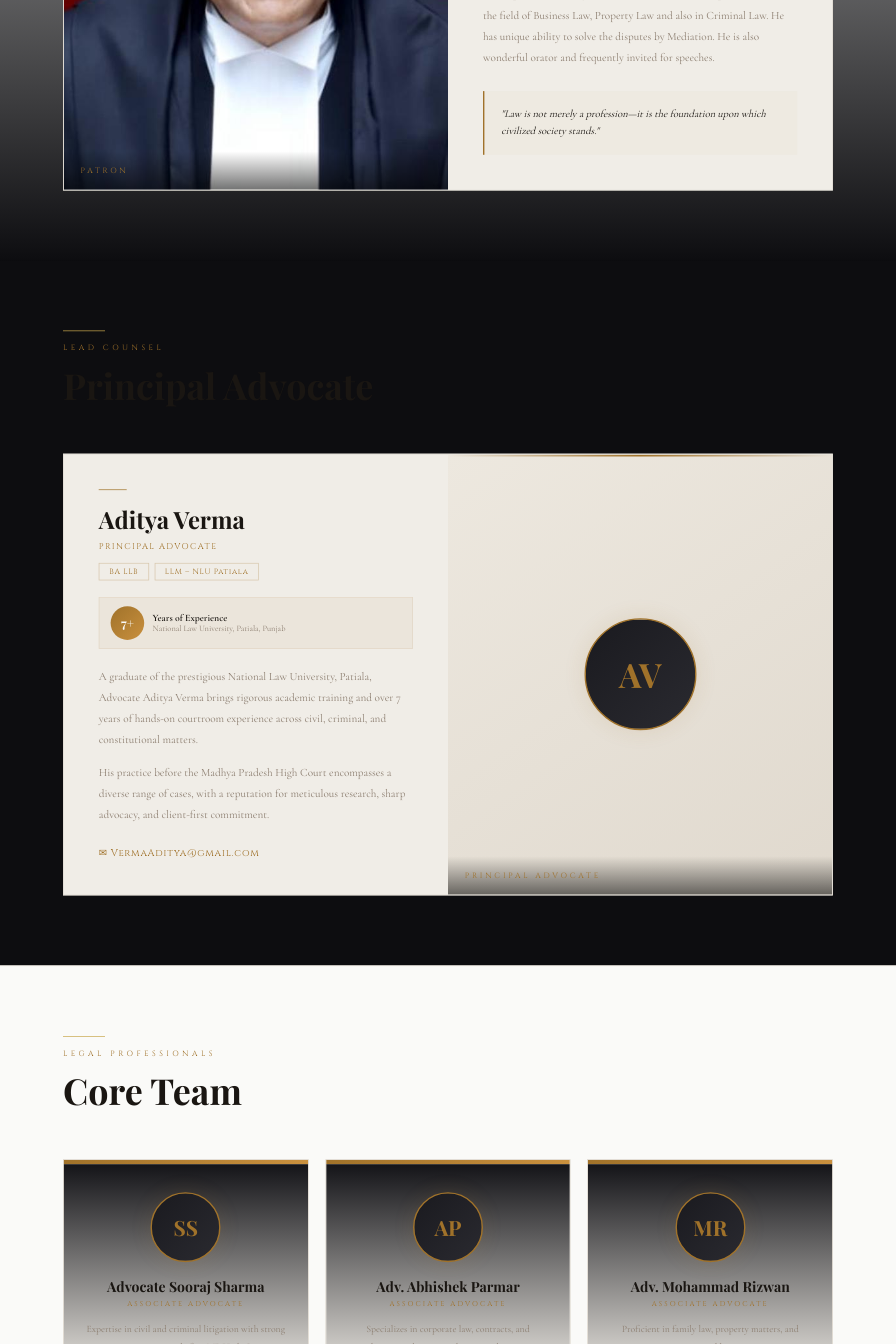
Repository: leesha19/aditya-verma-and-associates
Page: /
An editor plug-in stored every save of this project. The page is shown before and after the next save, followed by the edit.
The browser window is 1280 px wide. The pictures show the part of the page from y = 1483 to 3403 px (the page is 5786 px tall), at 70% of full size.
The project was rebuilt for these pictures with package versions that can differ from the ones it lists, and the page was loaded fresh each time.

Above is the page before, as saved 2026-04-20 00:09:42.

### public/index.html
<!DOCTYPE html>
<html lang="en">
  <head>
    <meta charset="utf-8" />
    <meta name="viewport" content="width=device-width, initial-scale=1" />
    <meta name="theme-color" content="#0A0A0B" />
    <meta name="description" content="Verma Law Associates - Dedicated legal counsel in Indore, Madhya Pradesh" />
    <title>Verma Law Associates</title>
  </head>
  <body>
    <noscript>You need to enable JavaScript to run this app.</noscript>
    <div id="root"></div>
  </body>
</html>

### src/App.js
import './styles/global.css';
import Navbar from './components/layout/Navbar';
import Footer from './components/layout/Footer';
import HomePage from './pages/HomePage';

export default function App() {
  return (
    <div>
      <Navbar />
      <HomePage />
      <Footer />
    </div>
  );
}

### src/styles/global.css
@import url('https://fonts.googleapis.com/css2?family=Playfair+Display:wght@400;600;700;900&family=Cormorant+Garamond:wght@300;400;500;600&family=Cinzel:wght@400;600;700&display=swap');

*, *::before, *::after { box-sizing: border-box; margin: 0; padding: 0; }

html { scroll-behavior: smooth; }

body {
  background: #0A0A0B;
  color: #D4CFC6;
  font-family: 'Cormorant Garamond', serif;
  overflow-x: hidden;
}

::-webkit-scrollbar { width: 4px; }
::-webkit-scrollbar-track { background: #0A0A0B; }
::-webkit-scrollbar-thumb { background: #C9A84C; border-radius: 2px; }

input, textarea, select {
  outline: none;
  font-family: 'Cormorant Garamond', serif;
  transition: border-color 0.3s;
}
input:focus, textarea:focus, select:focus { border-color: #C9A84C !important; }

.nav-link { position: relative; }
.nav-link::after {
  content: '';
  position: absolute;
  bottom: -4px; left: 0;
  width: 0; height: 1px;
  background: #C9A84C;
  transition: width 0.3s;
}
.nav-link:hover::after { width: 100%; }

.gold-line::before {
  content: '';
  display: block;
  width: 60px; height: 1px;
  background: #C9A84C;
  margin-bottom: 16px;
}

@keyframes fadeInDown {
  from { opacity: 0; transform: translateY(-20px); }
  to   { opacity: 1; transform: translateY(0); }
}

@media (max-width: 768px) {
  .desktop-nav { display: none !important; }
  #hamburger   { display: flex !important; }
}

### src/components/layout/Footer.js
import { COLORS, FONTS } from "../../constants/theme";
import { NAV_LINKS } from "../../constants/data";
import { scrollToSection } from "../../utils/helpers";
import ScaleIcon from "../ui/ScaleIcon";

export default function Footer() {
  return (
    <footer style={{ padding: "40px clamp(16px, 5vw, 80px)", borderTop: `1px solid ${COLORS.darkBorder}`, background: "#060607" }}>
      <div style={{ maxWidth: 1100, margin: "0 auto", display: "flex", flexWrap: "wrap", gap: 20, alignItems: "center", justifyContent: "space-between" }}>
        <div style={{ display: "flex", alignItems: "center", gap: 12, cursor: "pointer" }} onClick={() => scrollToSection("hero")}>
          <ScaleIcon size={24} />
          <div>
            <div style={{ fontFamily: FONTS.heading, fontSize: 13, color: COLORS.gold, letterSpacing: 3 }}>VERMA LAW ASSOCIATES</div>
            <div style={{ fontFamily: FONTS.heading, fontSize: 9, color: COLORS.textMuted, letterSpacing: 2 }}>INDORE, MADHYA PRADESH</div>
          </div>
        </div>
        <div style={{ color: COLORS.textMuted, fontSize: 12, fontFamily: FONTS.heading, letterSpacing: 1, textAlign: "center" }}>
          © {new Date().getFullYear()} Verma Law Associates. All rights reserved.<br />
          <span style={{ fontSize: 10 }}>302, Block B, Indavar House, Tukoganj, Indore – 452001</span>
        </div>
        <div style={{ display: "flex", gap: 20, flexWrap: "wrap" }}>
          {NAV_LINKS.map(({ label, id }) => (
            <button key={id} onClick={() => scrollToSection(id)}
              style={{ background: "none", border: "none", color: COLORS.textMuted, fontSize: 10, fontFamily: FONTS.heading, letterSpacing: 2, cursor: "pointer", transition: "color 0.3s" }}
              onMouseEnter={(e) => (e.target.style.color = COLORS.gold)}
              onMouseLeave={(e) => (e.target.style.color = COLORS.textMuted)}
            >{label.toUpperCase()}</button>
          ))}
        </div>
      </div>
    </footer>
  );
}

### src/pages/HomePage.js
import HeroSection from "../sections/HeroSection";
import AboutSection from "../sections/AboutSection";
import AdityaSection from "../sections/AdityaSection";
import CoreTeamSection from "../sections/CoreTeamSection";
import InternshipSection from "../sections/InternshipSection";
import ContactSection from "../sections/ContactSection";

export default function HomePage() {
  return (
    <main>
      <HeroSection />
      <AboutSection />
      <AdityaSection />
      <CoreTeamSection />
      <InternshipSection />
      <ContactSection />
    </main>
  );
}

### src/constants/theme.js
export const COLORS = {
  gold: "#A0722A",
  goldLight: "#C9903E",
  dark: "#FAFAF8",
  darkCard: "#F0EDE7",
  darkBorder: "#DDD8CF",
  cream: "#1A1612",
  text: "#3D3630",
  textMuted: "#8C7E70",
};

export const FONTS = {
  display: "'Playfair Display', serif",
  heading: "'Cinzel', serif",
  body: "'Cormorant Garamond', serif",
};

### src/constants/data.js
export const NAV_LINKS = [
  { label: "About", id: "about" },
  { label: "Core Team", id: "core-team" },
    { label: "Area of Expertixse", id: "area of expertise" },
  { label: "Internship", id: "internship" },
  { label: "Contact", id: "contact" },
];

export const PATRON = {
  name: "Justice Rajendra Kumar Verma",
  initials: "RKV",
  role: "Patron",
  tags: ["Former Judge", "High Court of MP", "Arbitrator"],
  phone: "+91 94254 15062",
  photo: require("../assets/WhatsApp Image 2026-04-12 at 19.45.02.jpeg"),
  quote: "Law is not merely a profession—it is the foundation upon which civilized society stands.",
  bio: [
    "Our Patron and mentor Justice Rajendra Kumar (Verma) is a Former Judge of High Court of Madhya Pradesh, India and has rendered various Land Mark Judgments giving a required direction to law to suit the present Socio-economic order. He is having long experience of Judgeship for almost four decades i.e. from 1987 to 2023 and acts as an Arbitrator in various complex business matters. Presently he is serving as Chairman, Grievance Redressal Authority, Narmada Valley Development Authority (NVDA). He has extensive experience both in the field of Business Law, Property Law and also in Criminal Law. He has unique ability to solve the disputes by Mediation. He is also wonderful orator and frequently invited for speeches."
  ],
};

export const LEAD_ADVOCATE = {
  name: "Aditya Verma",
  initials: "AV",
  role: "Principal Advocate",
  tags: ["BA LLB", "LLM – NLU Patiala"],
  experience: "7+",
  university: "National Law University, Patiala, Punjab",
  email: "VermaAditya@gmail.com",
  phone: "+91 91764 91000",
  bio: [
    "A graduate of the prestigious National Law University, Patiala, Advocate Aditya Verma brings rigorous academic training and over 7 years of hands-on courtroom experience across civil, criminal, and constitutional matters.",
    "His practice before the Madhya Pradesh High Court encompasses a diverse range of cases, with a reputation for meticulous research, sharp advocacy, and client-first commitment.",
  ],
};

export const CORE_TEAM = [
  {
    name: "Advocate Sooraj Sharma",
    initials: "SS",
    role: "Associate Advocate",
    desc: "Expertise in civil and criminal litigation with strong courtroom presence before MP High Court.",
  },
  {
    name: "Adv. Abhishek Parmar",
    initials: "AP",
    role: "Associate Advocate",
    desc: "Specializes in corporate law, contracts, and alternative dispute resolution mechanisms.",
  },
  {
    name: "Adv. Mohammad Rizwan",
    initials: "MR",
    role: "Associate Advocate",
    desc: "Proficient in family law, property matters, and constitutional litigation.",
  },
];

export const CONTACT = {
  address: {
    line1: "302, Block B, Indavar House",
    line2: "Opposite Gate No. 4, MP High Court",
    line3: "Tukoganj, Indore South",
    line4: "Indore, Madhya Pradesh – 452001",
  },
  mapEmbedUrl:
    "https://www.google.com/maps/embed?pb=!1m18!1m12!1m3!1d3679.7!2d75.8573!3d22.7196!2m3!1f0!2f0!3f0!3m2!1i1024!2i768!4f13.1!3m3!1m2!1s0x3962fd0d07f2b5c3%3A0x4e36e42d6d5f3d2c!2sMP%20High%20Court%2C%20Indore!5e0!3m2!1sen!2sin",
  mapLink: "https://maps.google.com/?q=MP+High+Court+Gate+4+Indore",
};

export const INTERNSHIP_YEAR_OPTIONS = [
  "1st Year", "2nd Year", "3rd Year", "4th Year", "5th Year", "LLM",
];

### src/hooks/useScrolled.js
import { useEffect, useState } from "react";

export function useScrolled(offset = 60) {
  const [scrolled, setScrolled] = useState(false);
  useEffect(() => {
    const fn = () => setScrolled(window.scrollY > offset);
    window.addEventListener("scroll", fn, { passive: true });
    return () => window.removeEventListener("scroll", fn);
  }, [offset]);
  return scrolled;
}

### src/utils/helpers.js
export function scrollToSection(id) {
  const el = document.getElementById(id);
  if (el) el.scrollIntoView({ behavior: "smooth" });
}

export function fadeUpStyle(inView, delay = 0) {
  return {
    opacity: inView ? 1 : 0,
    transform: inView ? "translateY(0)" : "translateY(40px)",
    transition: `opacity 0.8s ease ${delay}s, transform 0.8s ease ${delay}s`,
  };
}

### src/components/ui/ScaleIcon.js
import { COLORS } from "../../constants/theme";

export default function ScaleIcon({ size = 40 }) {
  return (
    <svg width={size} height={size} viewBox="0 0 40 40" fill="none" aria-label="Scales of Justice">
      <line x1="20" y1="4"  x2="20" y2="36" stroke={COLORS.gold} strokeWidth="1.5" />
      <line x1="4"  y1="10" x2="36" y2="10" stroke={COLORS.gold} strokeWidth="1.5" />
      <circle cx="9"  cy="18" r="5" stroke={COLORS.gold} strokeWidth="1.2" fill="none" />
      <circle cx="31" cy="18" r="5" stroke={COLORS.gold} strokeWidth="1.2" fill="none" />
      <line x1="4"  y1="10" x2="9"  y2="18" stroke={COLORS.gold} strokeWidth="1.2" />
      <line x1="36" y1="10" x2="31" y2="18" stroke={COLORS.gold} strokeWidth="1.2" />
      <line x1="14" y1="36" x2="26" y2="36" stroke={COLORS.gold} strokeWidth="1.5" />
    </svg>
  );
}

### src/sections/AboutSection.js
import { COLORS } from "../constants/theme";
import { useInView } from "../hooks/useInView";
import { fadeUpStyle } from "../utils/helpers";
import { PATRON } from "../constants/data";
import SectionHeader from "../components/ui/SectionHeader";
import ProfileCard from "../components/ui/ProfileCard";

export default function AboutSection() {
  const [ref, inView] = useInView();
  return (
    <section id="about" style={{ padding: "100px clamp(16px, 5vw, 80px)", borderTop: `1px solid ${COLORS.darkBorder}`, background: `linear-gradient(180deg, ${COLORS.dark}, #0D0D10)` }}>
      <div ref={ref} style={{ maxWidth: 1100, margin: "0 auto" }}>
        <div style={fadeUpStyle(inView)}><SectionHeader label="ABOUT US" heading="Our Distinguished Patron" /></div>
        <div style={fadeUpStyle(inView, 0.2)}><ProfileCard person={PATRON} flip={false} /></div>
      </div>
    </section>
  );
}

### src/sections/AdityaSection.js
import { useInView } from "../hooks/useInView";
import { fadeUpStyle } from "../utils/helpers";
import { LEAD_ADVOCATE } from "../constants/data";
import SectionHeader from "../components/ui/SectionHeader";
import ProfileCard from "../components/ui/ProfileCard";

export default function AdityaSection() {
  const [ref, inView] = useInView();
  return (
    <section id="aditya" style={{ padding: "100px clamp(16px, 5vw, 80px)", background: "#0D0D10" }}>
      <div ref={ref} style={{ maxWidth: 1100, margin: "0 auto" }}>
        <div style={fadeUpStyle(inView)}><SectionHeader label="LEAD COUNSEL" heading="Principal Advocate" /></div>
        <div style={fadeUpStyle(inView, 0.2)}><ProfileCard person={LEAD_ADVOCATE} flip /></div>
      </div>
    </section>
  );
}

### src/sections/CoreTeamSection.js
import { COLORS } from "../constants/theme";
import { useInView } from "../hooks/useInView";
import { fadeUpStyle } from "../utils/helpers";
import { CORE_TEAM } from "../constants/data";
import SectionHeader from "../components/ui/SectionHeader";
import CoreTeamCard from "../components/ui/CoreTeamCard";

export default function CoreTeamSection() {
  const [ref, inView] = useInView();
  return (
    <section id="core-team" style={{ padding: "100px clamp(16px, 5vw, 80px)", background: COLORS.dark, borderTop: `1px solid ${COLORS.darkBorder}` }}>
      <div ref={ref} style={{ maxWidth: 1100, margin: "0 auto" }}>
        <div style={fadeUpStyle(inView)}><SectionHeader label="LEGAL PROFESSIONALS" heading="Core Team" /></div>
        <div style={{ display: "grid", gridTemplateColumns: "repeat(auto-fit, minmax(280px, 1fr))", gap: 24 }}>
          {CORE_TEAM.map((member, i) => (
            <CoreTeamCard key={member.name} member={member} style={fadeUpStyle(inView, i * 0.15)} />
          ))}
        </div>
      </div>
    </section>
  );
}

### src/sections/ContactSection.js
import { COLORS, FONTS } from "../constants/theme";
import { useInView } from "../hooks/useInView";
import { fadeUpStyle } from "../utils/helpers";
import { PATRON, LEAD_ADVOCATE, CONTACT } from "../constants/data";
import SectionHeader from "../components/ui/SectionHeader";
import ContactCard from "../components/ui/ContactCard";

const CARDS = [
  { icon: "⚖", title: PATRON.name,         lines: [PATRON.phone, "Patron & Former Judge, MP High Court"] },
  { icon: "⚖", title: LEAD_ADVOCATE.name,  lines: [LEAD_ADVOCATE.phone, LEAD_ADVOCATE.email] },
  { icon: "📍", title: "Office Address",    lines: [CONTACT.address.line1, CONTACT.address.line2, CONTACT.address.line3, CONTACT.address.line4] },
];

export default function ContactSection() {
  const [ref, inView] = useInView();
  return (
    <section id="contact" style={{ padding: "100px clamp(16px, 5vw, 80px)", background: COLORS.dark, borderTop: `1px solid ${COLORS.darkBorder}` }}>
      <div ref={ref} style={{ maxWidth: 1100, margin: "0 auto", ...fadeUpStyle(inView) }}>
        <SectionHeader label="REACH US" heading="Contact Us" />

        <div style={{ display: "grid", gridTemplateColumns: "repeat(auto-fit, minmax(280px, 1fr))", gap: 24, marginBottom: 48 }}>
          {CARDS.map((card, i) => (
            <ContactCard key={card.title} {...card} style={fadeUpStyle(inView, i * 0.1)} />
          ))}
        </div>

        <div style={fadeUpStyle(inView, 0.3)}>
          <div style={{ display: "flex", alignItems: "center", gap: 12, marginBottom: 20 }}>
            <div style={{ width: 32, height: 1, background: COLORS.gold }} />
            <span style={{ fontFamily: FONTS.heading, fontSize: 11, letterSpacing: 4, color: COLORS.gold }}>FIND US ON MAP</span>
          </div>
          <div style={{ border: `1px solid ${COLORS.darkBorder}`, overflow: "hidden", position: "relative" }}>
            <div style={{ position: "absolute", top: 0, left: 0, right: 0, height: 2, background: `linear-gradient(90deg, ${COLORS.gold}, #E8C97A, ${COLORS.gold})`, zIndex: 1 }} />
            <iframe title="Office Location" src={CONTACT.mapEmbedUrl} width="100%" height="420"
              style={{ border: 0, display: "block", filter: "grayscale(100%) invert(90%) contrast(85%)" }}
              allowFullScreen loading="lazy"
            />
          </div>
          <div style={{ marginTop: 12, textAlign: "right" }}>
            <a href={CONTACT.mapLink} target="_blank" rel="noopener noreferrer"
              style={{ color: COLORS.gold, fontSize: 13, fontFamily: FONTS.heading, letterSpacing: 2, textDecoration: "none" }}>
              OPEN IN GOOGLE MAPS →
            </a>
          </div>
        </div>
      </div>
    </section>
  );
}

### src/hooks/useInView.js
import { useEffect, useRef, useState } from "react";

export function useInView(threshold = 0.15) {
  const ref = useRef(null);
  const [inView, setInView] = useState(false);

  useEffect(() => {
    const observer = new IntersectionObserver(
      ([entry]) => { if (entry.isIntersecting) { setInView(true); observer.disconnect(); } },
      { threshold }
    );
    if (ref.current) observer.observe(ref.current);
    return () => observer.disconnect();
  }, [threshold]);

  return [ref, inView];
}

### src/components/ui/GoldButton.js
import { COLORS, FONTS } from "../../constants/theme";

export default function GoldButton({ onClick, children, variant = "solid", type = "button" }) {
  const solid = variant === "solid";

  const style = {
    padding: "14px 40px",
    fontFamily: FONTS.heading,
    fontSize: 12, letterSpacing: 3, fontWeight: 700,
    cursor: "pointer",
    border: solid ? "none" : `1px solid ${COLORS.gold}`,
    background: solid ? `linear-gradient(135deg, ${COLORS.gold}, ${COLORS.goldLight})` : "transparent",
    color: solid ? COLORS.dark : COLORS.gold,
    transition: "transform 0.2s, box-shadow 0.2s, background 0.3s",
  };

  return (
    <button type={type} onClick={onClick} style={style}
      onMouseEnter={(e) => {
        e.currentTarget.style.transform = "translateY(-2px)";
        if (solid) e.currentTarget.style.boxShadow = `0 8px 30px ${COLORS.gold}40`;
        else e.currentTarget.style.background = `${COLORS.gold}15`;
      }}
      onMouseLeave={(e) => {
        e.currentTarget.style.transform = "none";
        e.currentTarget.style.boxShadow = "none";
        if (!solid) e.currentTarget.style.background = "transparent";
      }}
    >
      {children}
    </button>
  );
}

### src/components/ui/SectionHeader.js
import { COLORS, FONTS } from "../../constants/theme";

export default function SectionHeader({ label, heading, style = {} }) {
  return (
    <div className="gold-line" style={{ marginBottom: 64, ...style }}>
      <div style={{ fontFamily: FONTS.heading, fontSize: 11, letterSpacing: 5, color: COLORS.gold, marginBottom: 12 }}>
        {label}
      </div>
      <h2 style={{ fontFamily: FONTS.display, fontSize: "clamp(28px, 4vw, 52px)", color: COLORS.cream, fontWeight: 700 }}>
        {heading}
      </h2>
    </div>
  );
}

### src/components/ui/CoreTeamCard.js
import { COLORS, FONTS } from "../../constants/theme";
import Avatar from "./Avatar";

export default function CoreTeamCard({ member, style = {} }) {
  return (
    <div style={{
      background: COLORS.darkCard, border: `1px solid ${COLORS.darkBorder}`,
      overflow: "hidden", transition: "transform 0.3s, box-shadow 0.3s, border-color 0.3s",
      cursor: "default", ...style,
    }}
      onMouseEnter={(e) => {
        e.currentTarget.style.transform = "translateY(-6px)";
        e.currentTarget.style.boxShadow = `0 20px 40px ${COLORS.gold}15`;
        e.currentTarget.style.borderColor = `${COLORS.gold}40`;
      }}
      onMouseLeave={(e) => {
        e.currentTarget.style.transform = "none";
        e.currentTarget.style.boxShadow = "none";
        e.currentTarget.style.borderColor = COLORS.darkBorder;
      }}
    >
      <div style={{ height: 6, background: `linear-gradient(90deg, ${COLORS.gold}, ${COLORS.goldLight})` }} />
      <div style={{ padding: "40px 32px", display: "flex", flexDirection: "column", alignItems: "center", gap: 20, background: `linear-gradient(180deg, #141418, ${COLORS.darkCard})` }}>
        <Avatar initials={member.initials} size={100} />
        <div style={{ textAlign: "center" }}>
          <h3 style={{ fontFamily: FONTS.display, fontSize: 20, color: COLORS.cream, fontWeight: 700, marginBottom: 6 }}>{member.name}</h3>
          <div style={{ fontFamily: FONTS.heading, fontSize: 10, color: COLORS.gold, letterSpacing: 3, marginBottom: 16 }}>{member.role.toUpperCase()}</div>
          <p style={{ color: COLORS.textMuted, fontSize: 14, lineHeight: 1.8 }}>{member.desc}</p>
        </div>
      </div>
    </div>
  );
}

### src/hooks/useForm.js
import { useState } from "react";

export function useForm(initialValues, onSubmit) {
  const [values, setValues] = useState(initialValues);
  const [submitted, setSubmitted] = useState(false);
  const [loading, setLoading] = useState(false);

  const handleChange = (e) => {
    const { name, value } = e.target;
    setValues((prev) => ({ ...prev, [name]: value }));
  };

  const handleSubmit = async (e) => {
    e.preventDefault();
    setLoading(true);
    await onSubmit(values);
    setLoading(false);
    setSubmitted(true);
  };

  const reset = () => { setValues(initialValues); setSubmitted(false); };

  return { values, handleChange, handleSubmit, submitted, loading, reset };
}

### src/components/ui/ContactCard.js
import { COLORS, FONTS } from "../../constants/theme";

export default function ContactCard({ icon, title, lines, style = {} }) {
  return (
    <div style={{
      background: COLORS.darkCard, border: `1px solid ${COLORS.darkBorder}`,
      padding: "36px 32px", transition: "border-color 0.3s", ...style,
    }}
      onMouseEnter={(e) => (e.currentTarget.style.borderColor = `${COLORS.gold}40`)}
      onMouseLeave={(e) => (e.currentTarget.style.borderColor = COLORS.darkBorder)}
    >
      <div style={{ fontFamily: FONTS.display, fontSize: 28, marginBottom: 16 }}>{icon}</div>
      <h4 style={{ fontFamily: FONTS.heading, fontSize: 12, letterSpacing: 2, color: COLORS.gold, marginBottom: 16 }}>{title.toUpperCase()}</h4>
      {lines.map((line, i) => (
        <p key={i} style={{ color: i === 0 ? COLORS.cream : COLORS.textMuted, fontSize: 14, lineHeight: 1.8, fontWeight: i === 0 ? 500 : 300 }}>
          {line}
        </p>
      ))}
    </div>
  );
}

### src/components/ui/Avatar.js
import { COLORS, FONTS } from "../../constants/theme";

export default function Avatar({ initials, size = 120, gold = false }) {
  return (
    <div style={{
      width: size, height: size, borderRadius: "50%",
      background: gold
        ? `linear-gradient(135deg, ${COLORS.gold}, ${COLORS.goldLight})`
        : `linear-gradient(135deg, #1a1a1f, #2a2a30)`,
      border: `2px solid ${COLORS.gold}`,
      display: "flex", alignItems: "center", justifyContent: "center",
      fontSize: size * 0.3, fontFamily: FONTS.display,
      color: gold ? COLORS.dark : COLORS.gold,
      fontWeight: 700, flexShrink: 0,
      boxShadow: `0 0 30px ${COLORS.gold}22`,
    }}>
      {initials}
    </div>
  );
}

### src/components/ui/Tag.js
import { COLORS, FONTS } from "../../constants/theme";

export default function Tag({ label }) {
  return (
    <span style={{
      padding: "4px 14px",
      border: `1px solid ${COLORS.gold}50`,
      color: COLORS.gold,
      fontSize: 11,
      fontFamily: FONTS.heading,
      letterSpacing: 1,
    }}>
      {label}
    </span>
  );
}

Loaded but not shown: src/index.js (common file); src/components/ui/ProfileCard.js (95 lines, source omitted); src/sections/InternshipSection.js (70 lines, source omitted); src/components/layout/Navbar.js (65 lines, source omitted); src/sections/HeroSection.js (39 lines, source omitted)

After the next save:
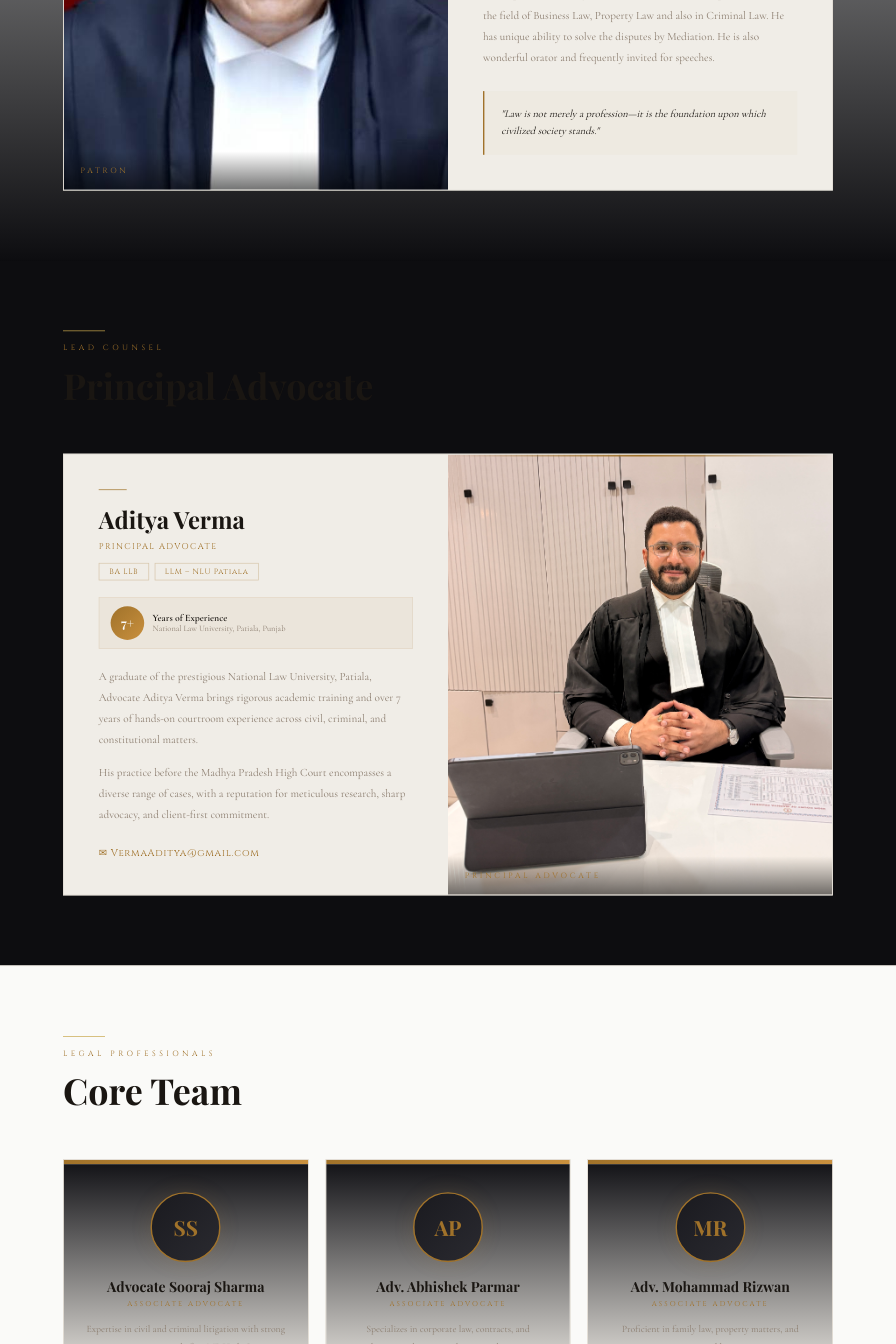
Saved 3 min 53 s later.
--- a/src/constants/data.js
+++ b/src/constants/data.js
@@ -28,6 +28,7 @@ export const LEAD_ADVOCATE = {
   university: "National Law University, Patiala, Punjab",
   email: "VermaAditya@gmail.com",
   phone: "+91 91764 91000",
+  photo: require("../assets/aditya_verma.jpg"),
   bio: [
     "A graduate of the prestigious National Law University, Patiala, Advocate Aditya Verma brings rigorous academic training and over 7 years of hands-on courtroom experience across civil, criminal, and constitutional matters.",
     "His practice before the Madhya Pradesh High Court encompasses a diverse range of cases, with a reputation for meticulous research, sharp advocacy, and client-first commitment.",
